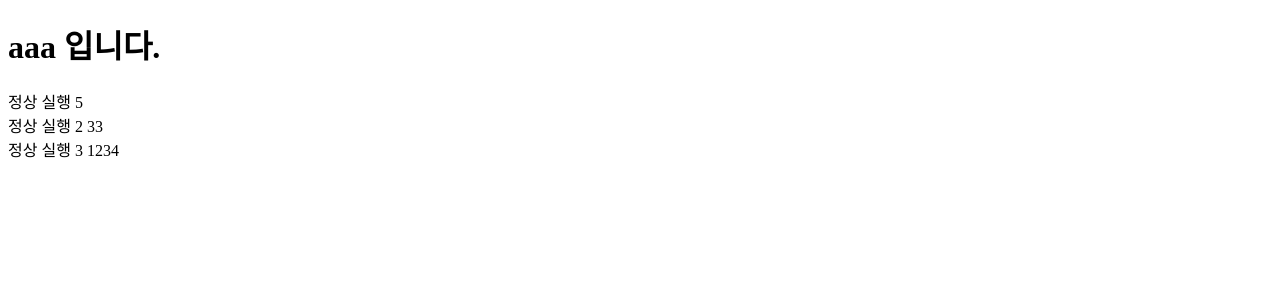
Repository: Jamikidu/newJsp
Page: http://localhost/jspProj/err/aaa.jsp
These files come from the project's save history. The page is drawn as it stood at one moment and after the next save; the edit follows.
The browser window is 1280 px wide. The pictures show the whole page.
The page is served by Tomcat 9. Nobody is signed in. The application's start-up code is not run.

Above is the page before, as saved 2023-07-26 01:19:02.

After the next save:
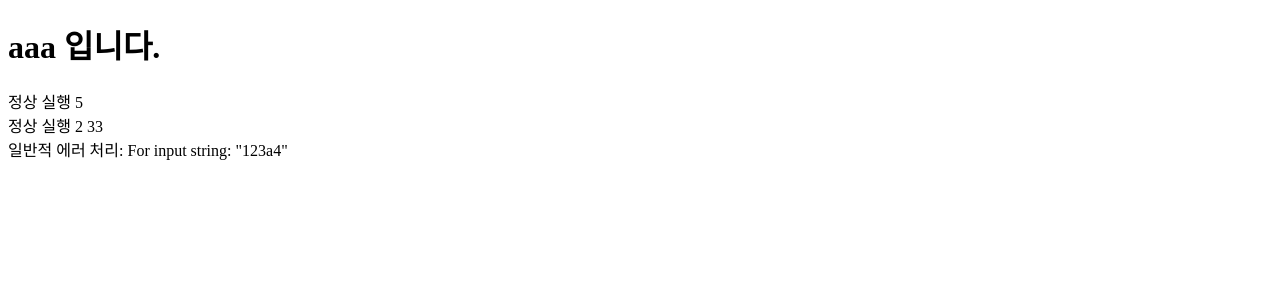
Saved 13 s later.
--- a/jspProj/src/main/webapp/err/aaa.jsp
+++ b/jspProj/src/main/webapp/err/aaa.jsp
@@ -18,7 +18,7 @@ try{
 
 	out.println("정상 실행 2 " + arr[2] + "<br/>");
 
-	a = Integer.parseInt("1234");
+	a = Integer.parseInt("123a4");
 
 	out.println("정상 실행 3 " + a + "<br/>");
 
